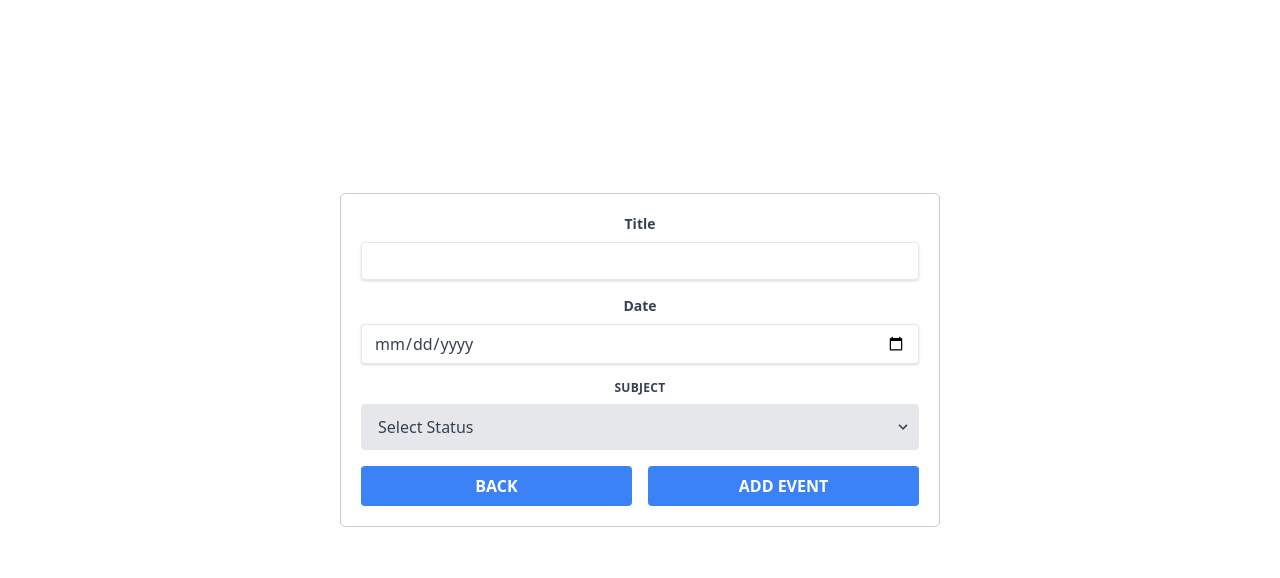
Repository: maikeru-desu/parking-lot
Page: /add (app in parking-lot-fe/)
An editor plug-in stored every save of this project. The page is shown before and after the next save, followed by the edit.
The browser window is 1280 px wide. The pictures show the whole page.
The project was rebuilt for these pictures with package versions that can differ from the ones it lists, and the page was loaded fresh each time. Also part of the build but not shown: parking-lot-fe/craco.config.js, parking-lot-fe/src/pages/Home.js, parking-lot-fe/src/pages/Edit.js.

Above is the page before, as saved 2021-10-14 07:12:17.

After the next save:
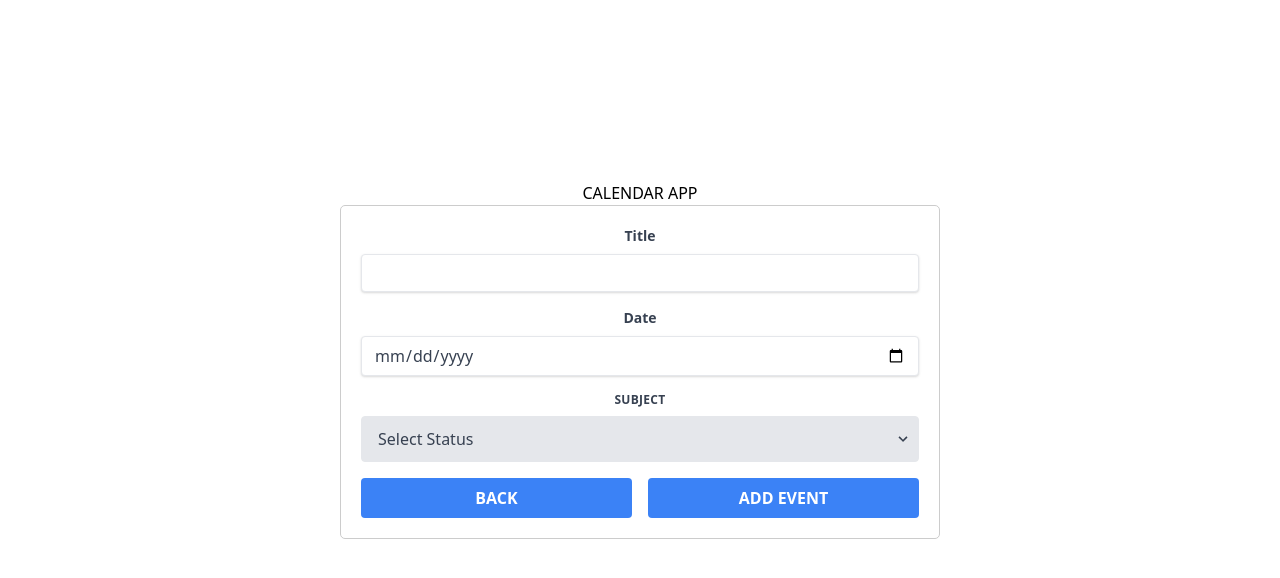
Saved 59 s later.
--- a/parking-lot-fe/src/App.js
+++ b/parking-lot-fe/src/App.js
@@ -8,6 +8,7 @@ import Edit from './pages/Edit';
 function App() {
   return (
     <div className="App">
+        <h1>CALENDAR APP</h1>
         <Switch>
             <Route exact path="/" component={Home} />
             <Route exact path="/add" component={Add} />
